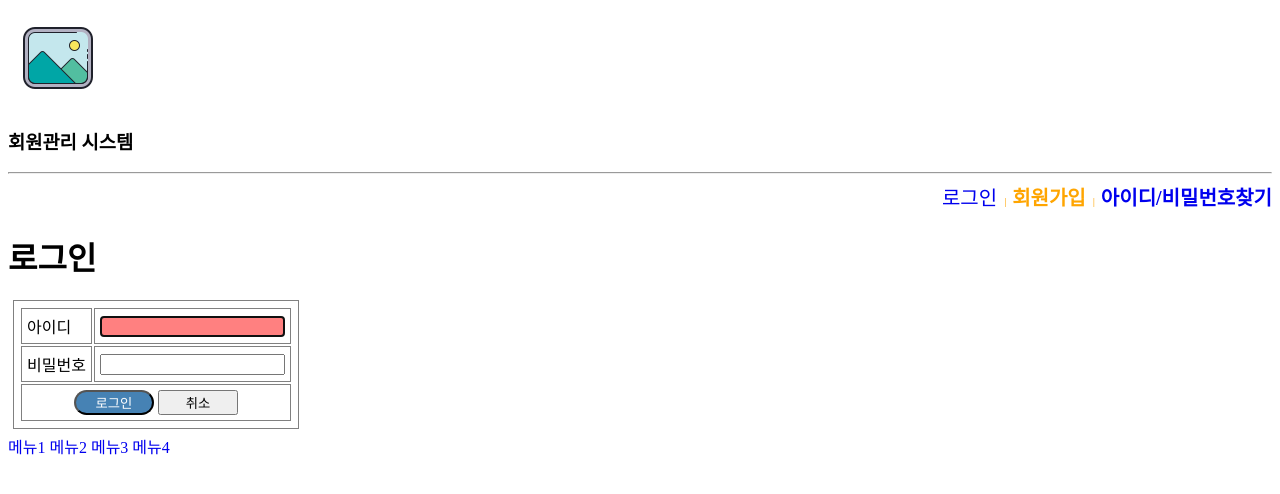
Repository: jelly02/workspace_web
Page: 04.css_basic/src/main/webapp/login.html
The author's editor kept a copy of each file at every save. The page is drawn from the files as they stood at one save, then again after the next save.
The browser window is 1280 px wide. The pictures show the whole page.
The first visible `input[type="text"]` has the focus.

Above is the page before, as saved 2021-06-28 08:09:00.

### 04.css_basic/src/main/webapp/login.html
<!--  문서타입 선언문 : html4 -->

<!DOCTYPE html PUBLIC "-//W3C//DTD HTML 4.01 Transitional//EN" "http://www.w3.org/TR/html4/loose.dtd">
<html lang = "ko">
	<head>
	<meta http-equiv="Content-Type" content="text/html; charset=UTF-8">

		<title>로그인 | MMS </title>

		<!-- CSS external											이 파일을 기준으로 하나 올라감 -->
		<link type="text/css" rel="stylesheet" href="css/common.css">

		<!-- CSS internal -->
		<style type="text/css">
			table, tr, td, th { border : solid 1px gray; margin:5px; padding:5px;}
			div.top_menu  { text-align: right; }
			div.top_menu a { text-decoration: none; font-size: 20px; }
			span.seperator { margin : 0 3px ; font-size : 0.7em; color:orange;}
			a {text-decoration: none; }
			a.color { color: orange; }
			a.bold { font-weight: bold; }

			/* a tag에 링크가 걸려 있으면 */
			a:link {text-decoration: none;  }
			a:active{text-decoration: underline; color : red;   }
			a:visited {text-decoration: none;  color : purple; }
			a:hover {text-decoration: none;  background-color: yellow; color: red;}

		</style>

	</head>

	<body>

		<a href="index.html"><img src = "img/icon.png"></a>

	<h3>회원관리 시스템</h3>
		<hr>

		<div class="top_menu">
			<a href="login.html">로그인</a> <span class="seperator"> | </span>
			<a class="color bold" href="joinMember.html">회원가입</a> <span class="seperator"> | </span>
			<a  class="bold" href="findMember.html">아이디/비밀번호찾기</a>
		</div>

		<h1>로그인</h1>

			<table class="form_table">
					<form action = "result.html" method = "post">

						<!-- 아이디 -->

						<tr>
							<td>아이디</td>
							<td>
								<input type = "text" name="memberId" autofocus = "autofocus">
							</td>
						</tr>

						<tr>
							<td>비밀번호</td>
							<td><input type = "password" name="memberPw"></td>
						</tr>

						<tr>
							<td colspan="2" align="center">
								<input type = "submit" value = "로그인"  class="btn_submit normal">
								<input type = "reset" value = "취소" class="normal">
							</td>
						</tr>
					</form>
			</table>

		<a href="#">메뉴1</a>
		<a href="#">메뉴2</a>
		<a href="#">메뉴3</a>
		<a href="#">메뉴4</a>

	</body>

</html>

### 04.css_basic/src/main/webapp/css/common.css
@charset "UTF-8";

/* ul, ol 설정 */
ul.menu_item1, ol.menu_item1 {
	list-style: none;
	margin:0;
	padding : 0;

}
/* ul, ol의 li 설정 */
ul.menu_item1 li, ol.menu_item1 li {
	padding: 10px 0 10px 10px;
	margin-bottom: 10px;
	border-bottom: dotted 1px gray;
	font-size: 15px;
}

/* ul, ol의 li의 맨 마지막 li항목은 밑줄 제거하기 */
ul.menu_item1 li:last-child, ol.menu_item1 li:last-child{

	border-bottom: 0px;

}
/* ul, ol의 li의 앞에 '>' 를 아이콘으로 사용  */
ul.menu_item1 li:before, ol.menu_item1 li:before{
	content : ">";
	display : inline-block;
	vertical-align: middle;
	padding: 0 5px 6px 0;

}

/*실습*/
ul.menu_item2, ol.menu_item2 {
	list-style: none;
	margin:0;
	padding : 0;
}

/* ul, ol의 li 설정 */
ul.menu_item2 li, ol.menu_item2 li {
		display : inline;
		font-size : 15px;
		margin-right: 10px;
		border : solid 1px blue;
		padding : 5px;

/*		float : left;*/
}

.input_label{background:pink;}

/* 테이블 없이 form 사용하기 */
span.input_label {
	display : inline-block;
	width : 80px;
	background-color: yellow;
}
input.btn_submit{

	background-color: steelblue;
	color : white;
	border-radius: 20px;
}

input.normal {
	width : 80px;
	height: 25px;
}

/* 입력 항목에 포커스가 올 때 배경 색 변경*/
input[type="text"]:focus, input[type="password"]:focus, textarea:focus{
	background: #ff8080;
}

After the next save:
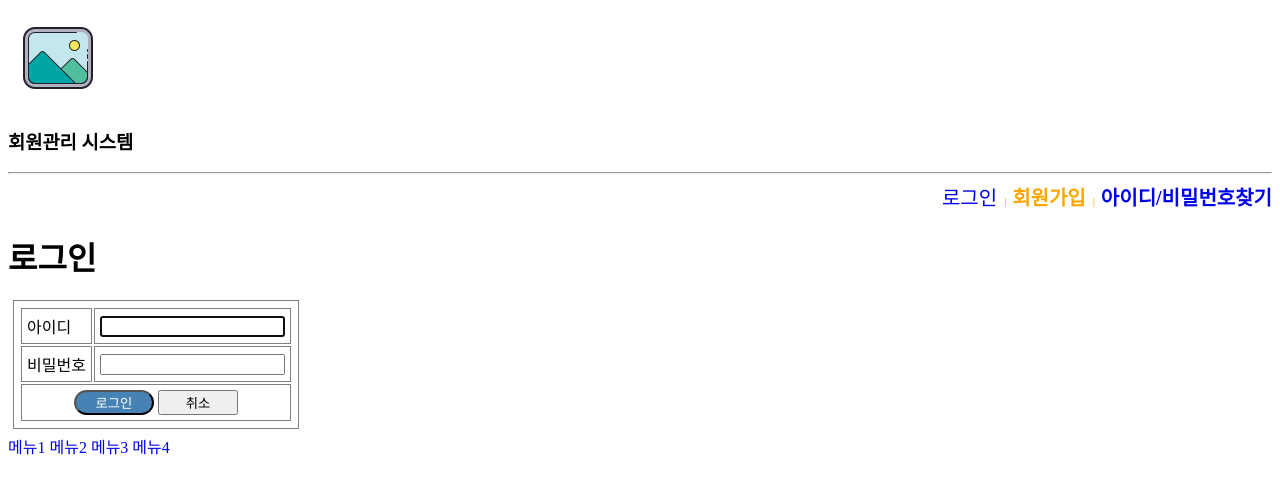
Saved 66 s later.
--- a/04.css_basic/src/main/webapp/css/common.css
+++ b/04.css_basic/src/main/webapp/css/common.css
@@ -70,5 +70,5 @@ input.normal {
 
 /* 입력 항목에 포커스가 올 때 배경 색 변경*/
 input[type="text"]:focus, input[type="password"]:focus, textarea:focus{
-	background: #ff8080;
+	background: "azure";
 }
